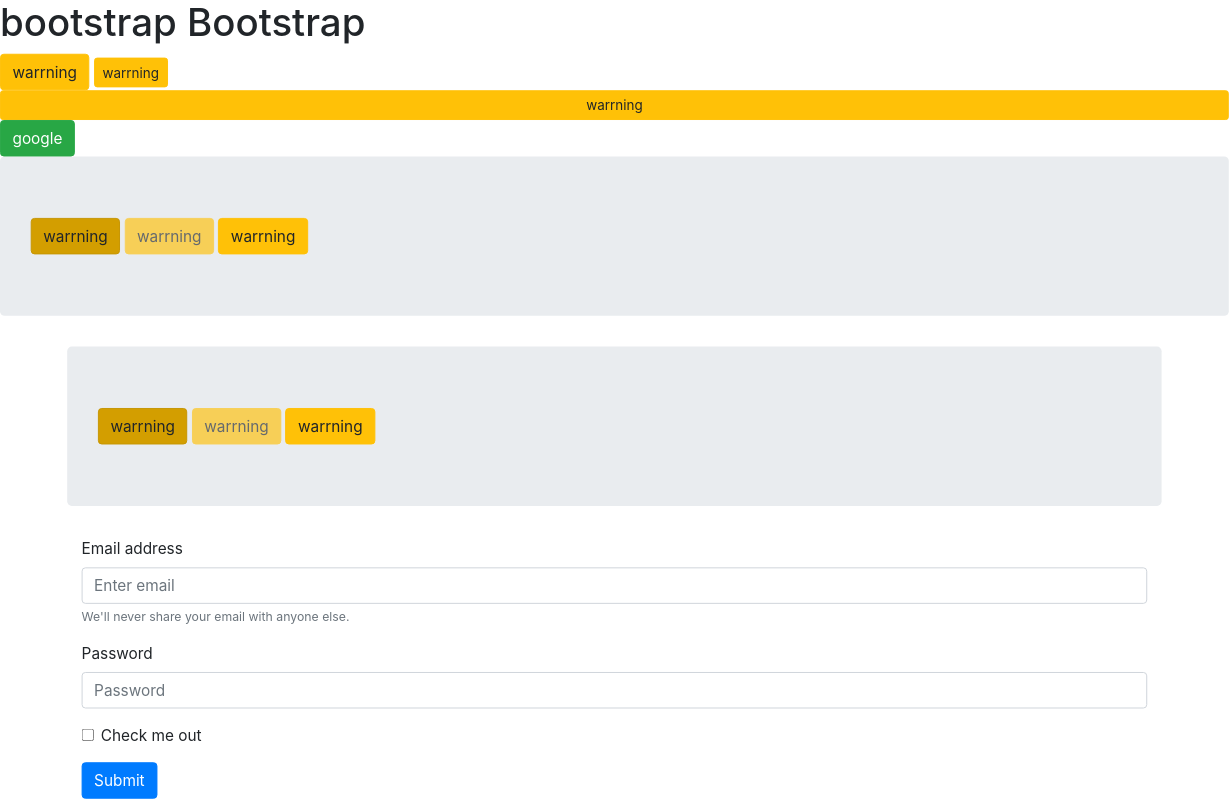
Repository: Mietlicha/exercise2
Page: index.html
The author's editor kept a copy of each file at every save. The page is drawn from the files as they stood at one save, then again after the next save.
The browser window is 1280 px wide. The pictures show the whole page, at 96% of full size.

Above is the page before, as saved 2019-10-22 17:26:51.

After the next save:
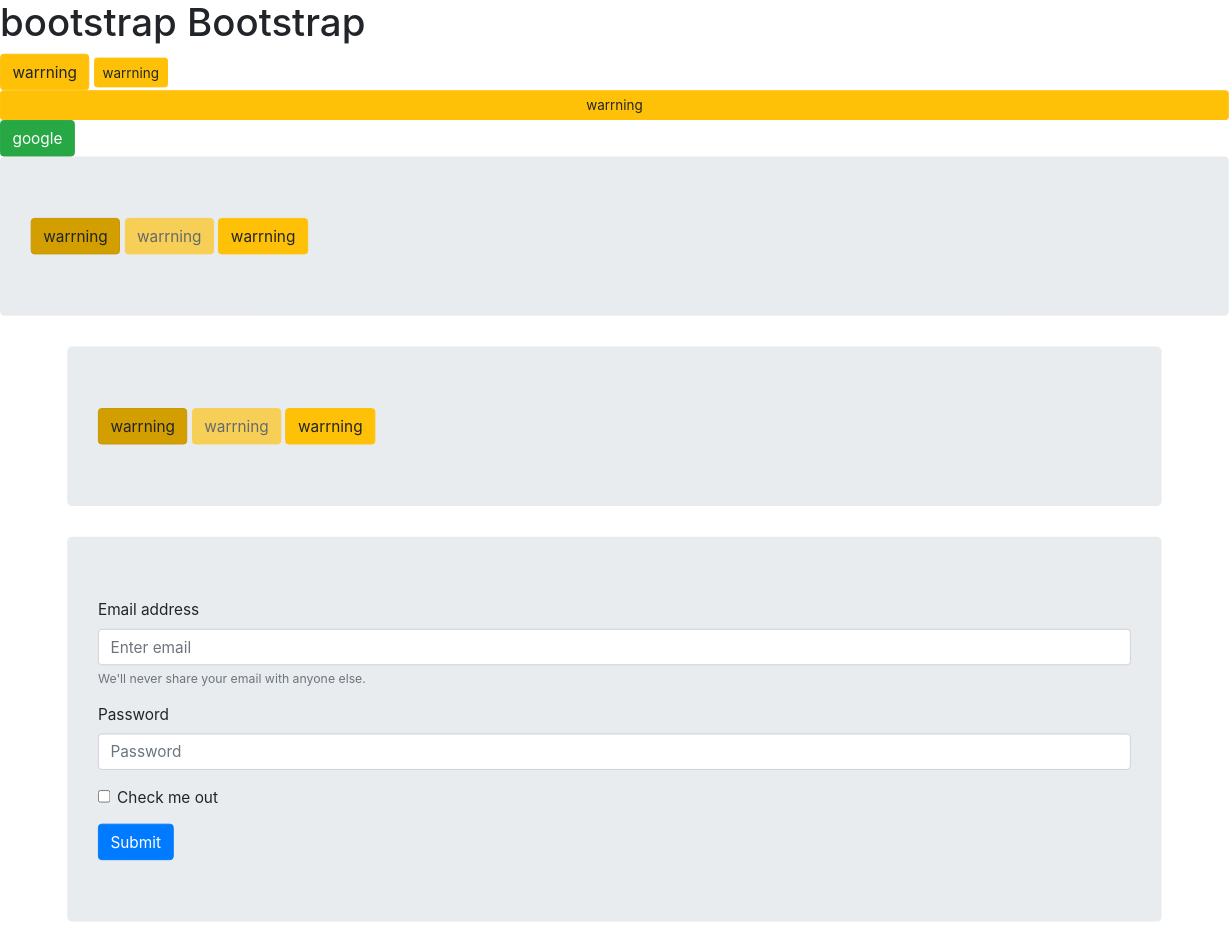
Saved 9 s later.
--- a/index.html
+++ b/index.html
@@ -25,7 +25,7 @@
     <button class="btn btn-warning">warrning</button>
     </div>
 
-    <form class="container">
+    <form class="container jumbotron">
         <div class="form-group">
           <label for="exampleInputEmail1">Email address</label>
           <input type="email" class="form-control" id="exampleInputEmail1" aria-describedby="emailHelp" placeholder="Enter email">
